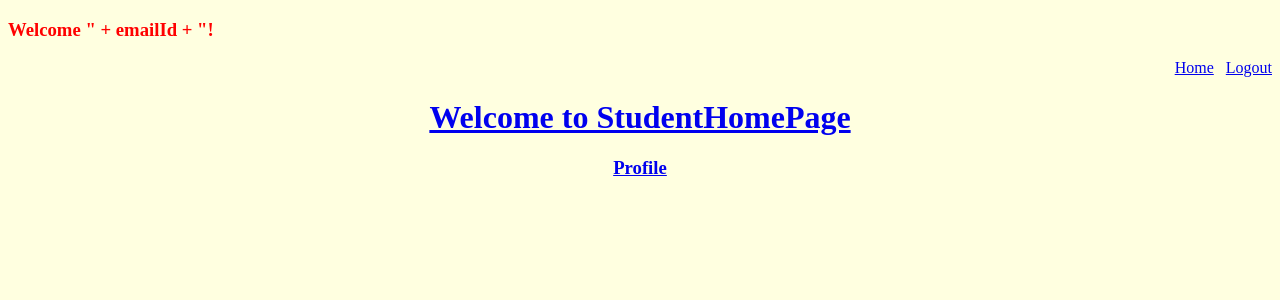
Repository: rajeshyadav3/Student
Page: http://localhost/StudWebApp/StudentHomePage.jsp
These files come from the project's save history. The page is drawn as it stood at one moment and after the next save; the edit follows.
The browser window is 1280 px wide. The pictures show the whole page.
The page is served by Tomcat 9.

Above is the page before, as saved 2024-01-16 17:17:14.

After the next save:
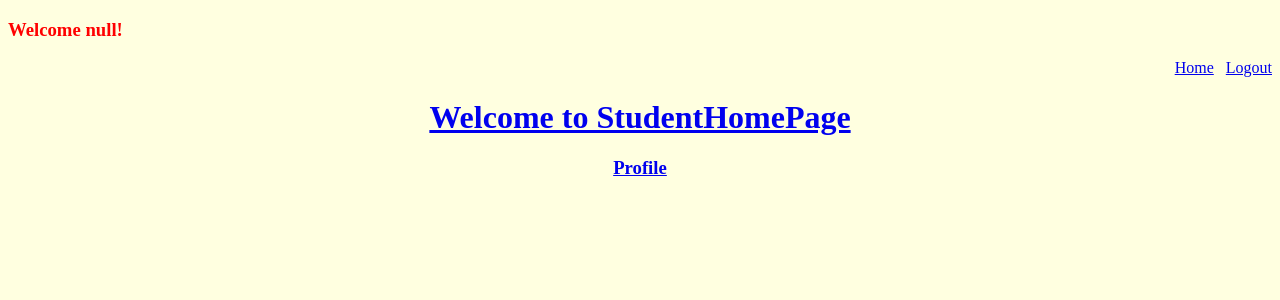
Saved 78 s later.
--- a/Advjava assgnment/workspace2/StudWebApp/WebContent/StudentHomePage.jsp
+++ b/Advjava assgnment/workspace2/StudWebApp/WebContent/StudentHomePage.jsp
@@ -11,10 +11,10 @@
 
 		<% String emailId = (String) session.getAttribute("emailId"); %>
 
-		<h3 style='color:red;'>Welcome " + emailId + "!</h3>
+		<h3 style='color:red;'>Welcome <%= emailId %>!</h3>
 
 		<form align='right'>
-		<a href='StudentHomePage'>Home</a> &nbsp;
+		<a href='StudentHomePage.jsp'>Home</a> &nbsp;
 		<a href='Logout'>Logout</>
 		<form>
 
